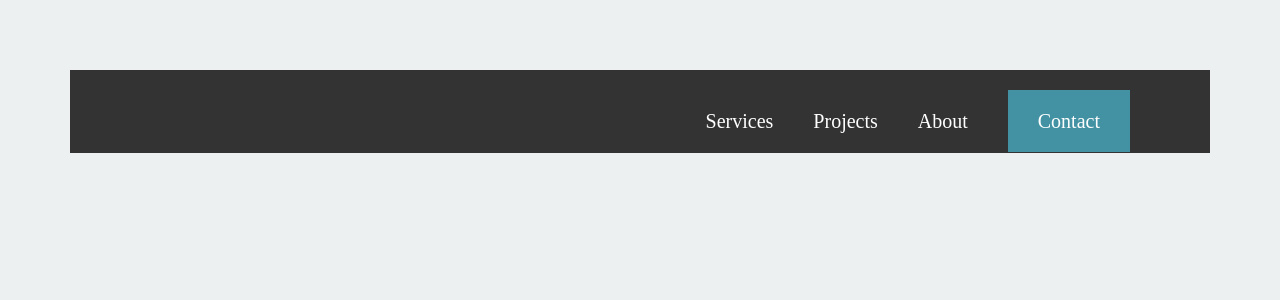
Repository: arifshahriyarnader/css-flexbox
Page: Exercise 1/index.html
The author's editor kept a copy of each file at every save. The page is drawn from the files as they stood at one save, then again after the next save.
The browser window is 1280 px wide. The pictures show the whole page.

Above is the page before, as saved 2024-06-15 16:01:20.

After the next save:
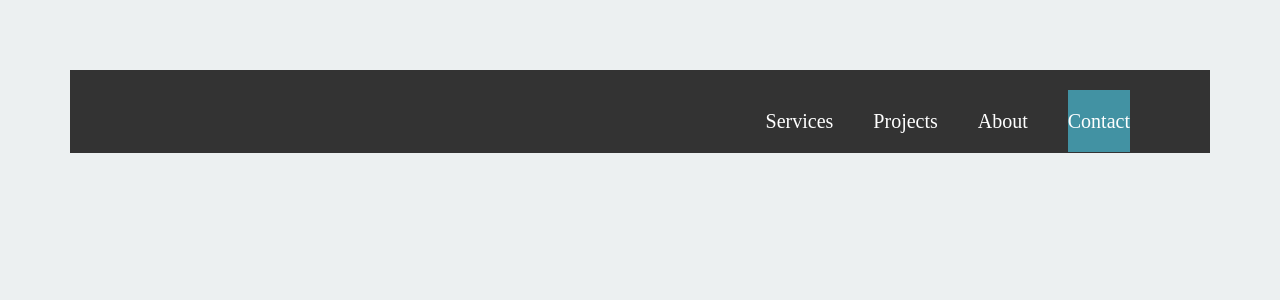
Saved 5 s later.
--- a/Exercise 1/css/style.css
+++ b/Exercise 1/css/style.css
@@ -35,6 +35,6 @@ body{
 .contact_btn{
     background-color:#4292A3;
     color:#fff;
-    padding:20px 30px;
+    padding:20px 0px;
 
 }
